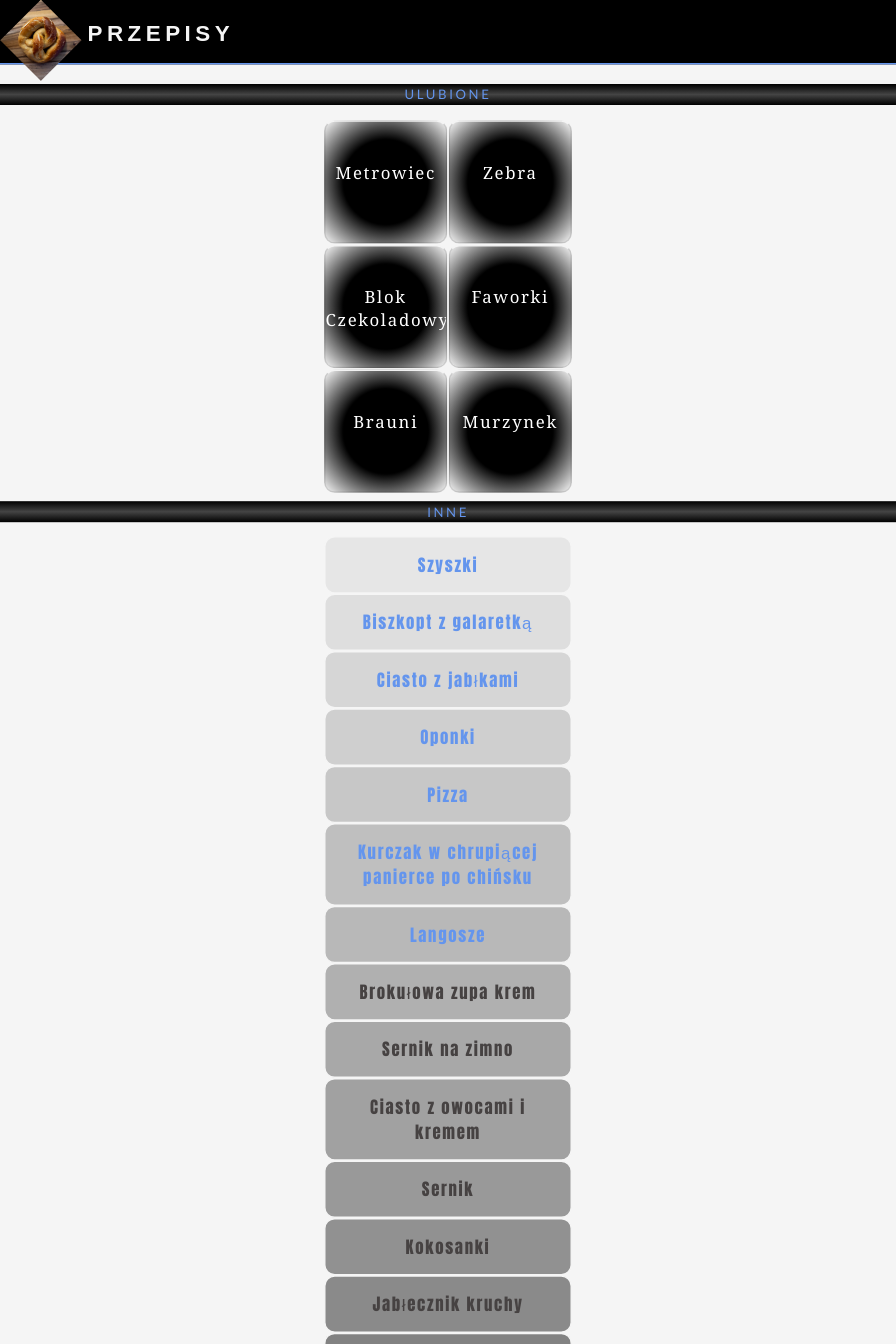
Repository: yaoayh/przepisy
Page: index.html
An editor plug-in stored every save of this project. The page is shown before and after the next save, followed by the edit.
The browser window is 1280 px wide. The pictures show the part of the page from y = 0 to 1920 px (the page is 3147 px tall), at 70% of full size.

Above is the page before, as saved 2020-08-14 01:02:53.

After the next save:
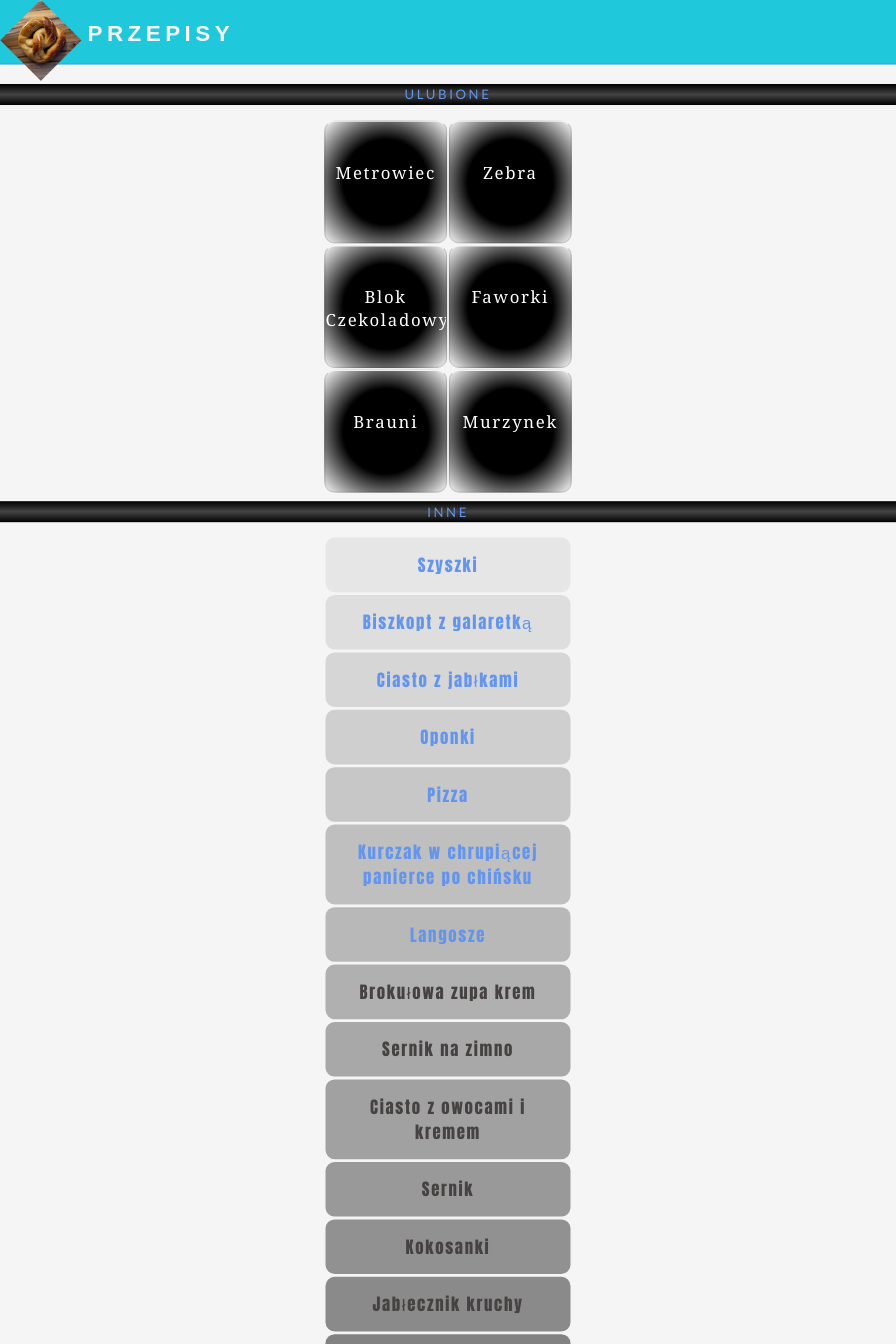
Saved 2 min 13 s later.
--- a/css/styles.css
+++ b/css/styles.css
@@ -15,7 +15,7 @@ body.body_Undersite{
     width: 100%;
     height: 90px;
     position: fixed;
-    background-color: black;
+    background-color: #1FC8DB;
     background-image: linear-gradient();
     border-bottom: 2px solid cornflowerblue;}
 
